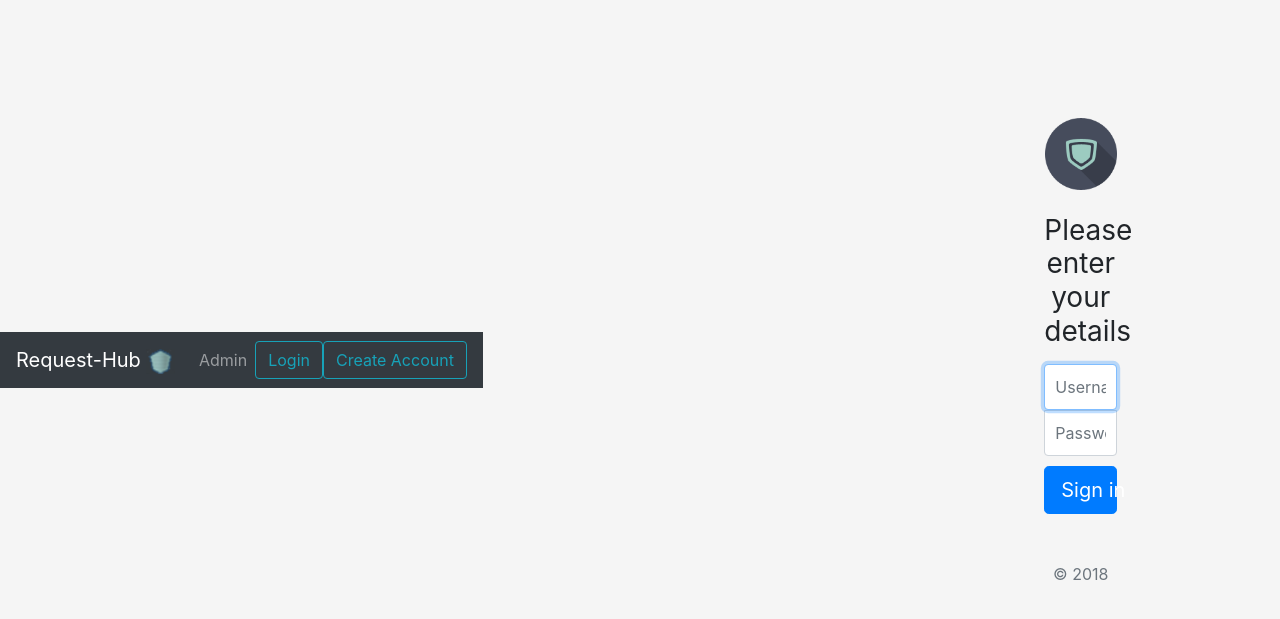
Repository: DonWhelan/Request-Hub
Page: http://localhost/userLogin.php
The author's editor kept a record of every edit. The page is drawn from the files as they stood at one moment, then again after the next edit.
The browser window is 1280 px wide. The pictures show the whole page.
The page is run by PHP 8.4 with error messages shown; the project is at /var/www/html/.

Above is the page before.

After the next edit:
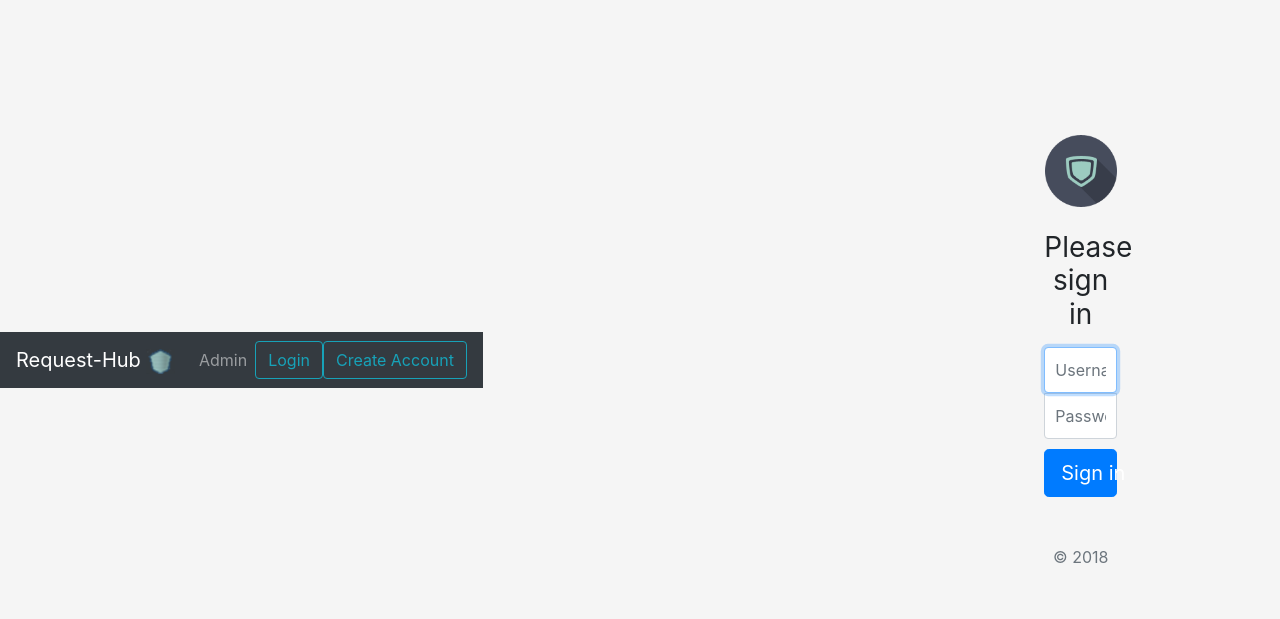
The edit:
--- a/userLogin.php
+++ b/userLogin.php
@@ -34,10 +34,8 @@
             <div class="col-sm-4">
                 <form action="indexLoginVal.php" method="post" name="Login_Form" class="form-signin">
                     <img class="mb-4" src="assets/img/icons/services-1.png" alt="" width="72" height="72">
-                    <h1 class="h3 mb-3 font-weight-normal">Please enter your details</h1>
-                    <label for="inputEmail" class="sr-only">Email address</label>
+                    <h1 class="h3 mb-3 font-weight-normal">Please sign in</h1>
                     <input type="text" class="form-control" name="username" placeholder="Username" required="" autofocus="" />
-                    <label for="inputPassword" class="sr-only">Password</label>
                     <input type="password" class="form-control" name="password" placeholder="Password" required="" />
                     <button class="btn btn-lg btn-primary btn-block" type="submit" value="Login">Sign in</button>
                     <p class="mt-5 mb-3 text-muted">&copy; 2018</p>
